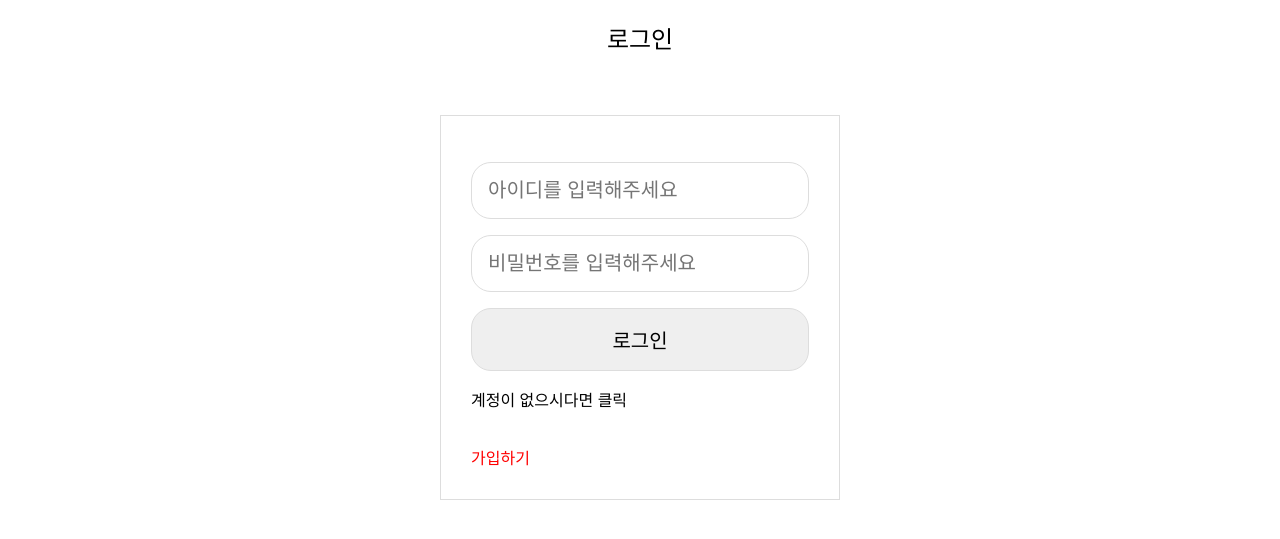
Repository: inhoo123/backup
Page: http://localhost/community-inside/login
These files come from the project's save history. The page is drawn as it stood at one moment and after the next save; the edit follows.
The browser window is 1280 px wide. The pictures show the whole page.
Some web fonts or font styles are not loaded; a fallback is used. The page is served by Tomcat 10. Other server files are loaded and not shown.

Above is the page before, as saved 2024-06-27 04:12:28.

### web-workspace/community-inside/src/main/webapp/WEB-INF/view/login.jsp
<%@ page language="java" contentType="text/html; charset=UTF-8"
    pageEncoding="UTF-8"%>
   <%@ page trimDirectiveWhitespaces="true"%>
<%@ taglib prefix="c" uri="http://java.sun.com/jsp/jstl/core"%>
<!DOCTYPE html>
<html>
<head>
<meta charset="UTF-8">
<title>인사이드 로그인</title>
<link rel="stylesheet"
	href="${pageContext.servletContext.contextPath }/css/style.css?<%=System.currentTimeMillis() %>" />
</head>
<body>
	<div style="width: 840px; margin: 0 auto;">
	<div style="text-align: center">
	<h2>로그인</h2>
	</div>
<div
			style="width: 400px; margin: 60px auto; border: 1px solid #ddd; padding: 30px;">
			<form
				action="${pageContext.servletContext.contextPath }/login-handle" method="post">
				<p>
					<input type="text" class="login-input" placeholder="아이디를 입력해주세요" name="id"/>
				</p>
				<p>
					<input type="password" class="login-input"
						placeholder="비밀번호를 입력해주세요" name="password"/>
				</p>
				<p>
					<button type="submit" class="login-input">로그인</button>
				</p>
			</form>
		 <p>계정이 없으시다면 클릭</p>
		 </br>
		 <a style="color: RED" href="${pageContext.servletContext.contextPath }/join">가입하기</a>
		</div>
	</div>
</body>
</html>

### web-workspace/community-inside/src/main/java/controller/LoginController.java
package controller;

import java.io.IOException;


import jakarta.servlet.ServletException;
import jakarta.servlet.annotation.WebServlet;
import jakarta.servlet.http.HttpServlet;
import jakarta.servlet.http.HttpServletRequest;
import jakarta.servlet.http.HttpServletResponse;

@WebServlet("/login")
public class LoginController extends HttpServlet {
	@Override
	protected void service(HttpServletRequest request, HttpServletResponse response)
			throws ServletException, IOException {

		request.getRequestDispatcher("/WEB-INF/view/login.jsp").forward(request, response);
	}
}

### web-workspace/community-inside/src/main/webapp/css/style.css
@charset "UTF-8";

@import
	url('https://fonts.googleapis.com/css2?family=Nanum+Gothic&display=swap');

* {
	font-family: "Nanum Gothic", sans-serif;
  font-weight: 400;
  font-style: normal;
  box-sizing: border-box;
}

h1, h2, h3, h4, h5, h6 {
	font-weight: lighter;
}

.gnb_bar2 {
    position: relative;
    min-width: 1050px;
    background-color: #3b4890;
    border: 1px solid #3b4890;
    border-width: 1px 0 1px 0;
    padding: 10px;
}

.top{
	padding-top:100px;

}

.aa{
    font-size: 12px;
    font-family: -apple-system,BlinkMacSystemFont,"Apple SD Gothic Neo","Malgun Gothic","맑은 고딕",arial,Dotum,돋움,sans-serif;
    margin: 0;
    padding: 0;
    vertical-align: baseline;
    background: transparent;
    font-style: normal;
    position: relative;
    min-width: 1050px;
    background-color: #3b4890;
    border: 1px solid #3b4890;
    border-width: 1px 0 1px 0;
}
.gnb_bar {
    position: relative;
    min-width: 1050px;
    background-color: #3b4890;
    border: 1px solid #3b4890;
    border-width: 1px 0 1px 0;
    padding: 10px;
}

center{
	margin: 0 auto;

}


.search{
	height: 30px;
	width: 400px;
	border: 4px solid #3b4890;
	background: #ffffff;
}



.dc_logo {
    overflow: hidden;
    position: absolute;
    top: 20px;
    left: -43px;
    text-align: center;
}
.dchead {
    position: relative;
    width: 1000px;
    height: 120px;
    margin: 0 auto;
}

body {
	min-width: 960px;
}

.no-deco-link {
	color: #444;
	text-decoration: none;
}

.fs-small {
	font-size: 0.8rem;
}

.fs-large {
	font-size: 1.2rem;
}

.srch-bar {
	padding: 12px;
	border-radius: 12px;
	font-size: 1.1rem;
	width: 480px;
}

.login-input {
	padding: 16px;
	border: 1px solid #ddd;
	width: 100%;
	box-sizing: border-box;
	font-size: 1.25rem;
	border-radius: 20px;
}

/* table css ======================================== */
.default-table {
	border-collapse: collapse;
	width: 100%;
	margin-top:10px;
}
.border-bottom {
	border-bottom: 1px solid #ddd;
}
.default-table td, .default-table th {
	padding : 4px;
}
.text-center {
	text-align: center;
}



a {
	text-decoration: none;
}

input:focus {
	outline: none;
}

textare:focus, textarea:active {
	outline: none;
}

button:hover {
	background-color: #ddd;
	cursor: pointer;
}

button:active {
	background-color: #ccc;
	cursor: pointer;
}

/* 영역 사이즈 클래스 */
.container {
	width: 1140px;
	margin: auto;
}
.container2 {
	width: 1500px;
	margin: auto;
}

.wrap-md {
	width: 720px;
	margin: auto;
}

.wrap-sm {
	width: 540px;
	margin: auto;
}

.wrap-x-sm {
	width: 360px;
	margin: auto;
}

.d-flex {
	display: flex;
}

.space-between {
	justify-content: space-between;
}

/* 컴포넌트 너비 클래스 */
.w-50 {
	width: 50%;
}

.w-100 {
	width: 100%;
}
/* 컴포넌트 테두리 클래스 */
.border {
	border: 1px solid #999;
}

.border-rounded {
	border: 1px solid #999;
	border-radius: 4px;
}

/* 글씨 정렬 클래스 */
.text-left {
	text-align: left;
}

.text-center {
	text-align: center;
}

.text-right {
	text-align: right;
}

/* 글씨 색상 클래스 */
.warning {
	color: orangered;
}

.info {
	color: limegreen;
}


/* 뱃지 클래스 */
.badge-info {
	background-color:  limegreen;
	color: white;
	padding : 4px 8px;
	border-radius: 4px;
}
.badge-warning {
	background-color:  orangered;
	color: white;
	padding : 4px 8px;
	border-radius: 4px;
}
.badge-dark {
	background-color:  #333333;
	color: white;
	padding : 4px 8px;
	border-radius: 4px;
}


.fs-1 {
	font-size: 2rem;
}

.fs-2 {
	font-size: 1.5rem;
}

.fs-3 {
	font-size: 1.17rem;
}

.fs-4 {
	font-size: 1.0rem;
}

.fs-5 {
	font-size: 0.8rem;
}

.fs-6 {
	font-size: 0.65rem;
}
/* 글씨 색상 */

/* 기본 패딩 클래스 */
.p-1 {
	padding: 4px;
}

.p-2 {
	padding: 8px;
}

.p-3 {
	padding: 12px;
}

.p-4 {
	padding: 16px;
}

.p-5 {
	padding: 20px;
}

.px-1 {
	padding-left: 4px;
	padding-right: 4px;
}

.px-2 {
	padding-left: 8px;
	padding-right: 8px;
}

.px-3 {
	padding-left: 12px;
	padding-right: 12px;
}

.px-4 {
	padding-left: 16px;
	padding-right: 16px;
}

.px-5 {
	padding-left: 20px;
	padding-right: 20px;
}

/* 기본 마진 클래스 */
.mx-1 {
	margin: auto 4px;
}

.mx-2 {
	margin: auto 8px;
}

.mx-3 {
	margin: auto 12px;
}

.mx-4 {
	margin: auto 16px;
}

.mx-5 {
	margin: auto 20px;
}

.my-1 {
	margin: 4px auto;
}

.my-2 {
	margin: 8px auto;
}

.my-3 {
	margin: 12px auto;
}

.my-4 {
	margin: 16px auto;
}

.my-5 {
	margin: 20px auto;
}
/*
.item {
	box-shadow: 1px 2px 4px 1px #888888;
}
*/
.item:hover {
	background-color: #eee;
}

a {
	text-decoration: none;
	color: black;
}
.search {
  position: relative;
  width: 300px;
}

h1, h2, h3, h4, h5, h6 {
	font-weight: lighter;
}

body {
	min-width: 960px;
}

.no-deco-link {
	color: #444;
	text-decoration: none;
}

.fs-small {
	font-size: 0.8rem;
}

.fs-large {
	font-size: 1.2rem;
}

.srch-bar {
	padding: 12px;
	border-radius: 12px;
	font-size: 1.1rem;
	width: 480px;
}

.login-input {
	padding: 16px;
	border: 1px solid #ddd;
	width: 100%;
	box-sizing: border-box;
	font-size: 1.25rem;

}

.login-input2 {
	padding: 16px;
	border: 1px solid #ddd;
	background-color: #3b4890;
	width: 100%;
	box-sizing: border-box;
	font-size: 1.25rem;
	color:white;
}


/* table css ======================================== */
.default-table {
	border-collapse: collapse;
	width: 100%;
	margin-top:10px;
}
.border-bottom {
	border-bottom: 1px solid #ddd;
}
.default-table td, .default-table th {
	padding : 4px;
}
.text-center {
	text-align: center;
}

After the next save:
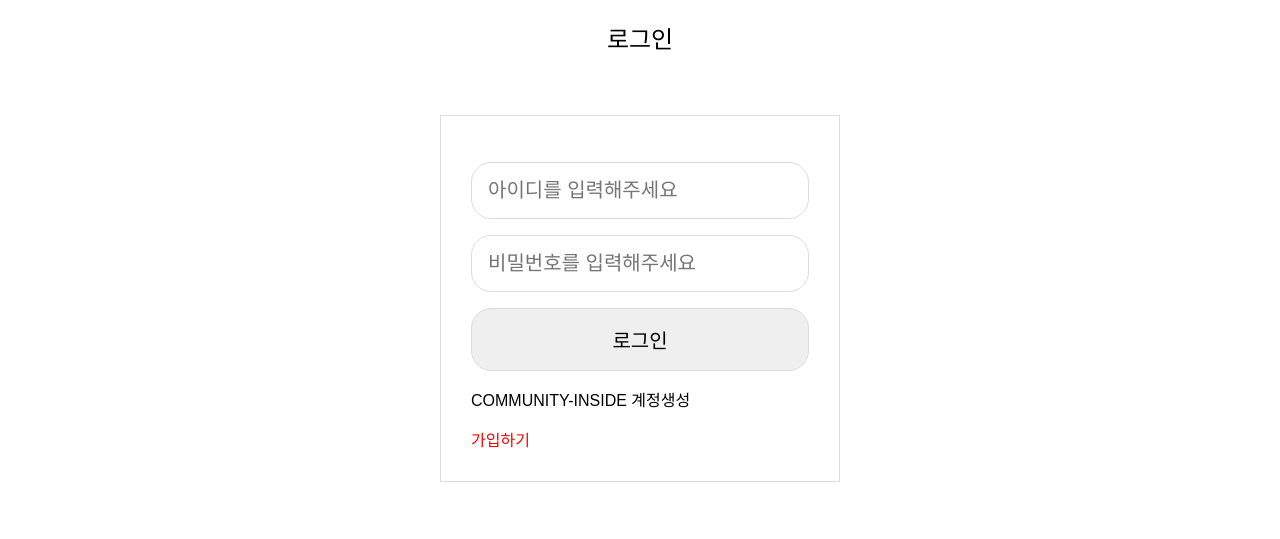
Saved 54 s later.
--- a/web-workspace/community-inside/src/main/webapp/WEB-INF/view/login.jsp
+++ b/web-workspace/community-inside/src/main/webapp/WEB-INF/view/login.jsp
@@ -30,8 +30,7 @@
 					<button type="submit" class="login-input">로그인</button>
 				</p>
 			</form>
-		 <p>계정이 없으시다면 클릭</p>
-		 </br>
+		 <p>COMMUNITY-INSIDE 계정생성</p>
 		 <a style="color: RED" href="${pageContext.servletContext.contextPath }/join">가입하기</a>
 		</div>
 	</div>
